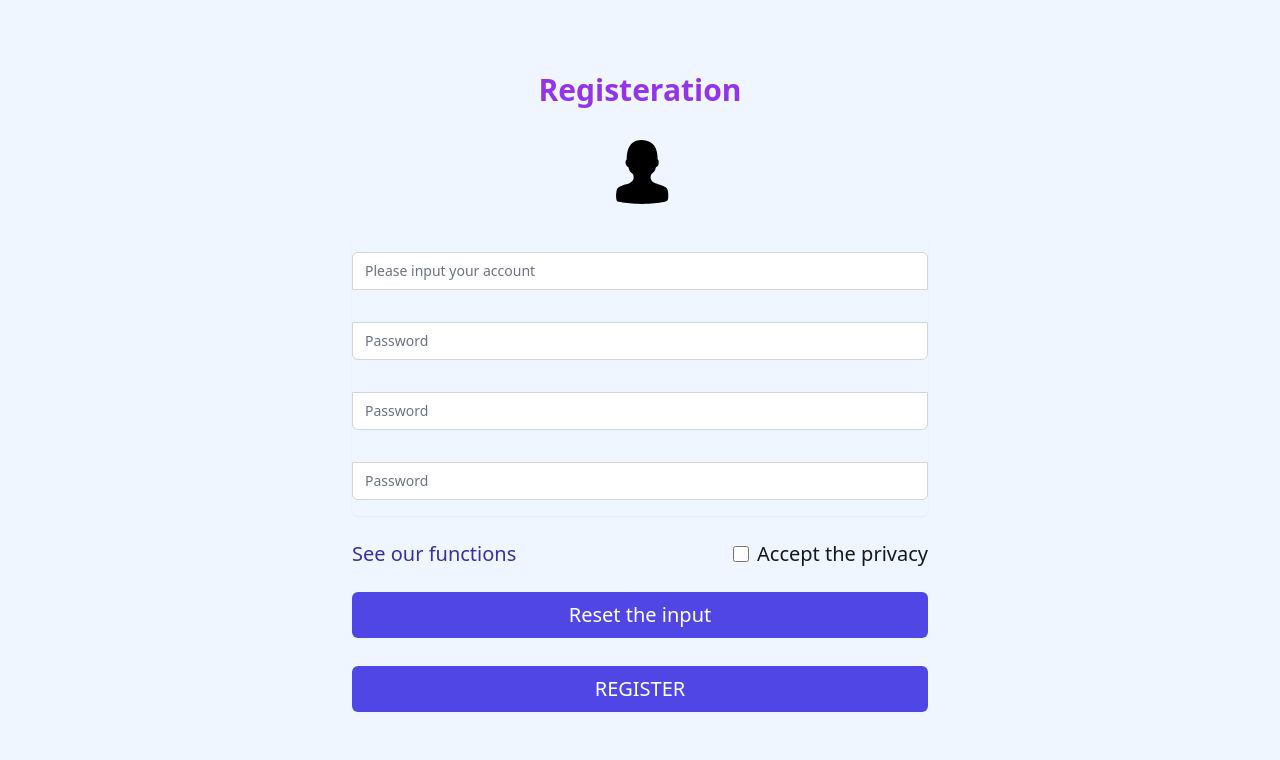
Repository: LiuRuohui/test_the_tailwindcss
Page: /
The author's editor kept a copy of each file at every save. The page is drawn from the files as they stood at one save, then again after the next save.
The browser window is 1280 px wide. The pictures show the whole page.
The project was rebuilt for these pictures with package versions that can differ from the ones it lists, and the page was loaded fresh each time. Also part of the build but not shown: vite.config.js.

Above is the page before, as saved 2022-03-03 10:31:24.

### src/App.vue
<script setup>
//import WelcomingPage from "./components/WelcomingPage.vue"
import RegisterPage from "./components/RegisterPage.vue"
</script>

<template>
<!--<WelcomingPage class="bg-blue-50"></WelcomingPage> -->
<RegisterPage class="bg-blue-50"></RegisterPage>
</template>

<style>
#App {
    height: 100vh;
}
</style>

### src/index.css
@tailwind base;
@tailwind components;
.btn {
    @apply inline-block px-5 py-3 rounded-lg shadow-lg bg-indigo-500
}

.btn:hover {
    @apply bg-indigo-400
}

.btn:focus {
    @apply outline-none
}

.btn:active {
    @apply bg-indigo-600
}

@tailwind utilities;
@layer components {
    .card {
        background-color: theme('colors.blue.500');
        border-radius: theme('borderRadius.lg');
        padding: theme('spacing.6');
        box-shadow: theme('boxShadow.xl');
    }
    /* ... */
}

### src/components/RegisterPage.vue
<template class="btn">
<div class="flex items-center justify-center py-12 px-4 sm:px-6 lg:px-8c">
    <div class="sm:max-w-xl sm:object-center sm:object-cover w-full space-y-8">
        <div>
            <h2 class="mt-6 text-center text-3xl font-extrabold text-purple-600">Registeration</h2>
        </div>
        <div>
            <img class="h-16 w-1/2 mx-auto" src="../assets/用户.svg" alt="这里有一张图片">
        </div>
        <form class="mt-8 space-y-6" action="#" method="POST">
      <div class="rounded-md shadow-sm">
        <div class="py-4">
          <label for="email-address" class="sr-only ">Account</label>
          <input id="email-address" name="email" type="email" autocomplete="email" required class="appearance-none rounded-none relative block w-full px-3 py-2 border border-gray-300 placeholder-gray-500 text-gray-900 rounded-t-md focus:outline-none focus:ring-indigo-500 focus:border-indigo-500 focus:z-10 sm:text-sm" placeholder="Please input your account">
        </div>
        <div class="py-4">
          <label for="password" class="sr-only">Password</label>
          <input id="password" name="password" type="password" autocomplete="current-password" required class="appearance-none rounded-none relative block w-full px-3 py-2 border border-gray-300 placeholder-gray-500 text-gray-900 rounded-b-md focus:outline-none focus:ring-indigo-500 focus:border-indigo-500 focus:z-10 sm:text-sm" placeholder="Password">
        </div>
        <div class="py-4">
          <label for="password" class="sr-only">Password</label>
          <input id="password" name="password" type="password" autocomplete="current-password" required class="appearance-none rounded-none relative block w-full px-3 py-2 border border-gray-300 placeholder-gray-500 text-gray-900 rounded-b-md focus:outline-none focus:ring-indigo-500 focus:border-indigo-500 focus:z-10 sm:text-sm" placeholder="Password">
        </div>
        <div class="py-4">
          <label for="password" class="sr-only">Password</label>
          <input id="password" name="password" type="password" autocomplete="current-password" required class="appearance-none rounded-none relative block w-full px-3 py-2 border border-gray-300 placeholder-gray-500 text-gray-900 rounded-b-md focus:outline-none focus:ring-indigo-500 focus:border-indigo-500 focus:z-10 sm:text-sm" placeholder="Password">
        </div>
      </div>

      <div class="flex items-center justify-between">
        <div class="text-sm sm:text-xl">
          <a href="#" class="font-medium text-indigo-800 hover:text-indigo-500"> See our functions </a>
        </div>
        <div class="flex items-center">
          <input id="remember-me" name="remember-me" type="checkbox" class="h-4 w-4 text-indigo-600 focus:ring-indigo-500 border-gray-300 rounded">
          <label for="remember-me" class="ml-2 block sm:text-xl text-gray-900"> Accept the privacy </label>
        </div>
      </div>

      <div class="sm:text-xl sm:mt-8">
        <button  class="group relative flex w-full justify-center py-2 border border-transparent sm:text-xl font-medium rounded-md text-white bg-indigo-600 hover:bg-indigo-700 focus:outline-none focus:ring-2 focus:ring-offset-2 focus:ring-indigo-500">
          Reset the input
        </button> <br>
        <button type="submit" class="group relative flex w-full justify-center py-2 border border-transparent sm:text-xl font-medium rounded-md text-white bg-indigo-600 hover:bg-indigo-700 focus:outline-none focus:ring-2 focus:ring-offset-2 focus:ring-indigo-500">
          REGISTER
        </button>
      </div>
    </form>
    </div>
</div>
</template>

<script>

</script>

<style>
.btn {
    height:100vh
}
</style>

### tailwind.config.js
module.exports = {
    content: [
        "./index.html",
        "./src/**/*.{vue,js,ts,jsx,tsx}",
    ],
    theme: {
        extend: {},
    },
    variants: {
        backgroundColor: ['responsive', 'hover', 'focus', 'active']
    },
    plugins: [],
}

Loaded but not shown: index.html (common file); src/main.js (common file)

After the next save:
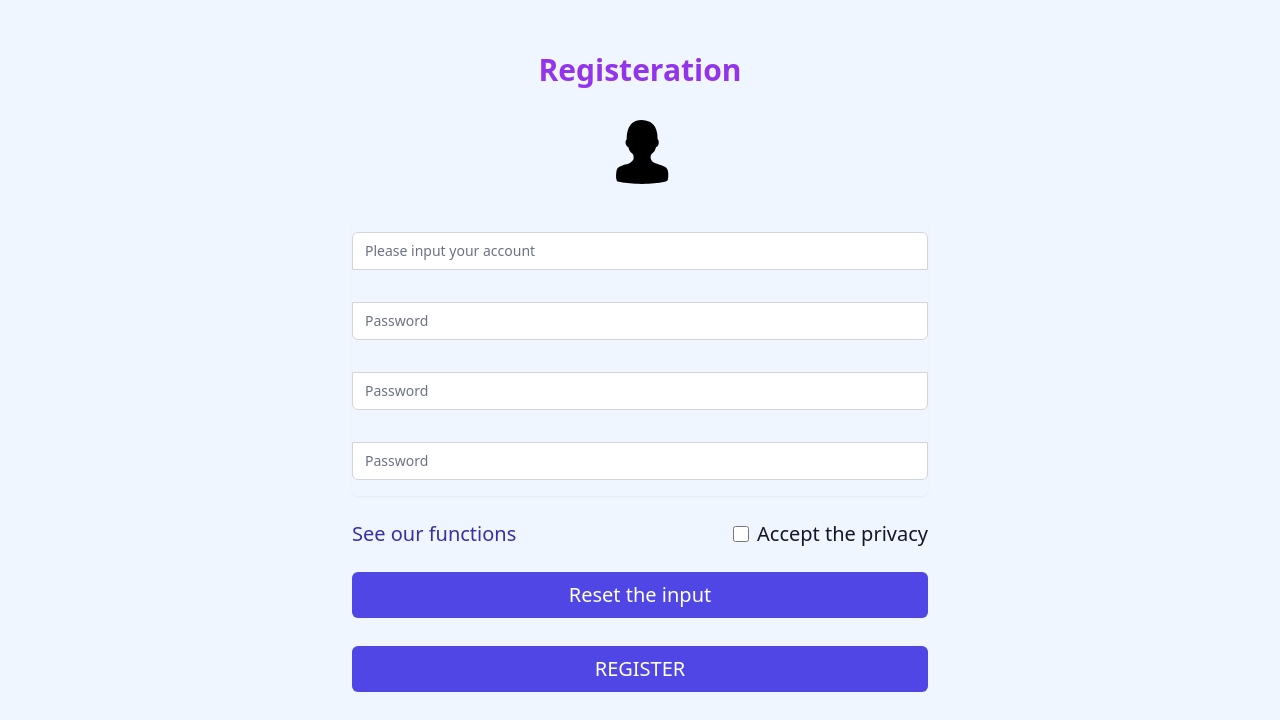
Saved 46 s later.
--- a/src/App.vue
+++ b/src/App.vue
@@ -5,11 +5,11 @@ import RegisterPage from "./components/RegisterPage.vue"
 
 <template>
 <!--<WelcomingPage class="bg-blue-50"></WelcomingPage> -->
-<RegisterPage class="bg-blue-50"></RegisterPage>
+<RegisterPage class="bg-blue-50 page"></RegisterPage>
 </template>
 
 <style>
-#App {
+.page{
     height: 100vh;
 }
 </style>
